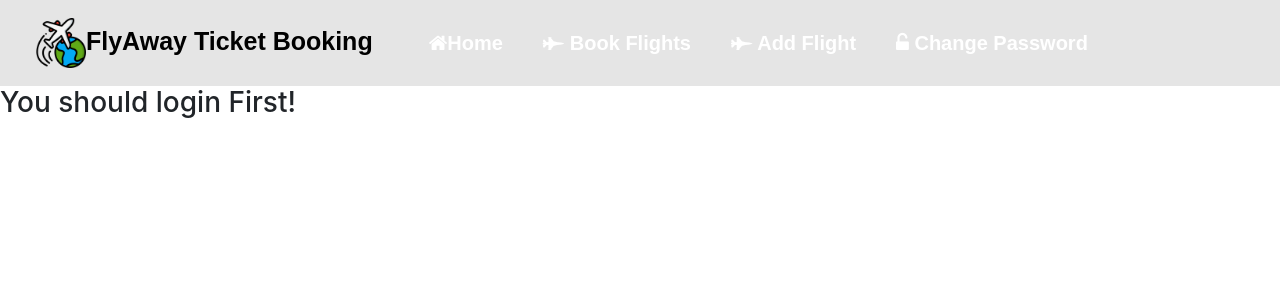
Repository: sayrabano/Phase2-project
Page: http://localhost/FlyAway/adminDashboard.jsp
These files come from the project's save history. The page is drawn as it stood at one moment and after the next save; the edit follows.
The browser window is 1280 px wide. The pictures show the whole page.
Some web fonts or font styles are not loaded; a fallback is used. The page is served by Tomcat 9. Other server files are loaded and not shown.

Above is the page before, as saved 2021-09-26 20:37:15.

### FlyAway/src/main/webapp/adminDashboard.jsp
<%@ page language="java" contentType="text/html; charset=ISO-8859-1"
	pageEncoding="ISO-8859-1"%>
<%@page import="java.sql.*"%>
<%@page import=" com.flyaway.LogIn"%>

<%
String driverName = "com.mysql.cj.jdbc.Driver";
String Url = "jdbc:mysql://localhost:3306/flyaway";

String userId = "root";
String password = "say123";

try {
	Class.forName(driverName);
} catch (ClassNotFoundException e) {
	e.printStackTrace();
}
Connection connection = null;
Statement statement = null;
ResultSet resultSet = null;
%>

<!DOCTYPE html>
<html>
<head>
<meta charset="ISO-8859-1">
<title>FlyAway</title>
<%@include file="allcss.jsp" %>
<link rel="stylesheet" href="CSS/style7.css" />
<style>
</style>
</head>

<body>

	<nav class="navbar navbar-expand-lg navbar-light bg-custom" id="navbar">





		<a class="navbar-brand" id="tag"><img src="Images/travel.png" class="img-fluid"  width="50px">FlyAway Ticket Booking</a>


		<div class="collapse navbar-collapse" id="navbarSupportedContent">
			<ul class="navbar-nav mr-auto">
				<li class="nav-item"><a class="nav-link" href="Home.jsp"> <i
						class="fa fa-home" aria-hidden="true"></i>Home
				</a></li>

				<li class="nav-item"><a class="nav-link"
					href="option-flightsearch.jsp"><i class="fa fa-fighter-jet"></i>
						Book Flights </a></li>

						<li class="nav-item"><a href="#" class="nav-link">
						<i class="fa fa-fighter-jet"></i> Add Flight</a></li>


						<li class="nav-item"><a href="Changepassword.jsp" class="nav-link">
						<i class="fa fa-unlock-alt" aria-hidden="true"></i> Change Password</a></li>





			</ul>



		</div>

	</nav>

<%if(LogIn.isLoggedin) {

%>
	<div>
		<h2>Welcome To Admin DashBoard</h2>
		<p style="text-align:center;"> LoggedIn as :- Username is : <%=LogIn.username %> and
		Password is : <%=LogIn.password %>
</p>

	<br><br>

	</div>
	<div class="row" align="center">
	<
        <div class="col-lg-3 col-md-4col-sm-6 mb-4">
            <form action="LogOut" method="get">
           <button type="submit" class="btn btn-primary btn">Logout</button>
		</form>
        </div>

        </div>
        </div>
         <br><br><br><br><br><br>
               <center><h2>List of Flight</h2></center><br>

				<table class="table table-bodered table striped" align="center">
					<thead class="thead">
						<tr>
							<th scope="col">Flight ID</th>
							<th scope="col">Flight Name</th>
							<th scope="col">Origin</th>
							<th scope="col">Destination</th>
							<th scope="col">Date</th>
							<th scope="col">Day</th>
							<th scope="col">Ticket Price</th>
						</tr>
					</thead>
					<tbody class="tbody">


						<%
						try {
							connection = DriverManager.getConnection(Url, userId, password);
							statement = connection.createStatement();
							String sql = "SELECT * FROM flight_list";
							resultSet = statement.executeQuery(sql);
							while (resultSet.next()) {
						%>
						<tr>
							<td><%=resultSet.getString("Id")%></td>
							<td><%=resultSet.getString("Flight")%></td>
							<td><%=resultSet.getString("Origin")%></td>
							<td><%=resultSet.getString("Destination")%></td>
							<td><%=resultSet.getString("Day")%></td>
							<td><%=resultSet.getString("Date")%></td>
							<td><%=resultSet.getString("Ticket_Price")%></td>
						</tr>
						<%
						}
						} catch (Exception e) {
						e.printStackTrace();
						}
}

else{
	out.print("<h3>You should login First!</h3>");
}
						%>
					</tbody>
				</table>

</body>
</html>

### FlyAway/src/main/webapp/allcss.jsp



	<!-- Required meta tags -->
<meta charset="utf-8">
<meta name="viewport"
	content="width=device-width, initial-scale=1, shrink-to-fit=no">

<link rel="stylesheet"
	href="https://cdnjs.cloudflare.com/ajax/libs/font-awesome/4.7.0/css/font-awesome.min.css">
<!-- Required meta tags -->
<meta charset="utf-8">
<meta name="viewport"
	content="width=device-width, initial-scale=1, shrink-to-fit=no">

<!-- Bootstrap CSS -->
<link rel="stylesheet"
	href="https://maxcdn.bootstrapcdn.com/bootstrap/4.0.0/css/bootstrap.min.css"
	integrity="sha384-Gn5384xqQ1aoWXA+058RXPxPg6fy4IWvTNh0E263XmFcJlSAwiGgFAW/dAiS6JXm"
	crossorigin="anonymous">
<link rel="stylesheet"
	href="https://cdnjs.cloudflare.com/ajax/libs/font-awesome/4.7.0/css/font-awesome.min.css">
<link
	href="https://fonts.googleapis.com/css2?family=Baloo+Bhai+2:wght@500&display=swap"
	rel="stylesheet">
<link
	href="https://fonts.googleapis.com/css2?family=Ubuntu:ital,wght@1,700&display=swap"
	rel="stylesheet">

### FlyAway/src/main/webapp/CSS/style7.css
@charset "ISO-8859-1";
@charset "ISO-8859-1";

#navbar{
background-color:rgba(0,0,0,.1) ;
font-family:'Ubuntu', sans-serif;

}


#navbar ul li a{
	color:white;

	font-size:20px;
	font-weight:bold;
	padding:15px 20px;

}
#navbar ul li a:hover{
	color:black;
	background-color:white;
	border-radius:18px;


}


#tag{
	font-size:25px;
 color:black;
 font-weight:bold;


	float:right;
	padding: 10px 20px;

}
#gear{
	margin:2px;
	padding:10px;



}
#gear a:hover{



	background-color:white;


}
h2{
	text-align:center;
	font-family:'Ubuntu', sans-serif;
}
.btn{
	color:black;
	padding-left:10rem;
	padding-right:6rem;
	margin-top: 15px;

   background-color:#b0bec5;
	font-family:'Ubuntu', sans-serif;
	float:right;
    display:flex;


}
.thead{
	background-color:#000000;
	font-family:'Ubuntu', sans-serif;
	color:white;
}
.tbody{
	background-color:#b0bec5;
	font-family:'Ubuntu', sans-serif;
}

After the next save:
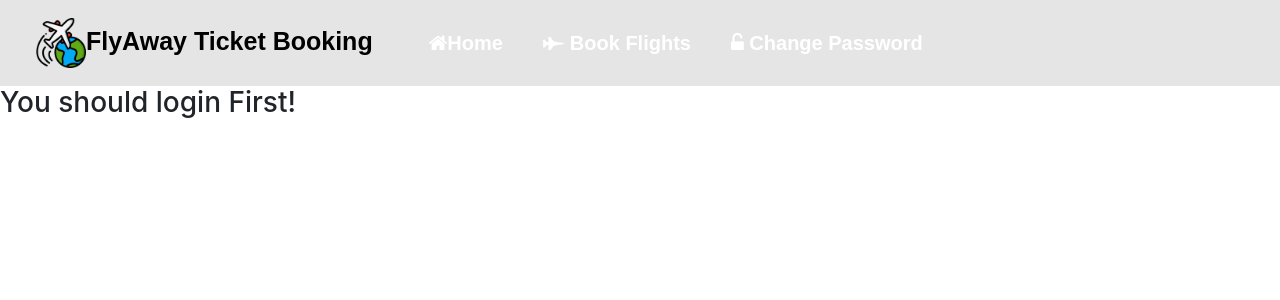
Saved 11 s later.
--- a/FlyAway/src/main/webapp/adminDashboard.jsp
+++ b/FlyAway/src/main/webapp/adminDashboard.jsp
@@ -52,8 +52,7 @@
 					href="option-flightsearch.jsp"><i class="fa fa-fighter-jet"></i>
 						Book Flights </a></li>
 
-						<li class="nav-item"><a href="#" class="nav-link">
-						<i class="fa fa-fighter-jet"></i> Add Flight</a></li>
+
 
 
 						<li class="nav-item"><a href="Changepassword.jsp" class="nav-link">

After the save that followed:
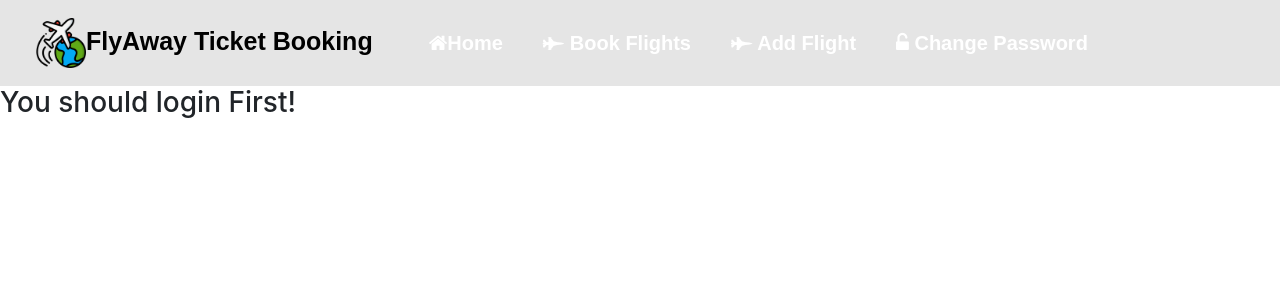
Saved 51 s later.
--- a/FlyAway/src/main/webapp/adminDashboard.jsp
+++ b/FlyAway/src/main/webapp/adminDashboard.jsp
@@ -52,7 +52,8 @@
 					href="option-flightsearch.jsp"><i class="fa fa-fighter-jet"></i>
 						Book Flights </a></li>
 
-
+						<li class="nav-item"><a href="#" class="nav-link">
+						<i class="fa fa-fighter-jet"></i> Add Flight</a></li>
 
 
 						<li class="nav-item"><a href="Changepassword.jsp" class="nav-link">
